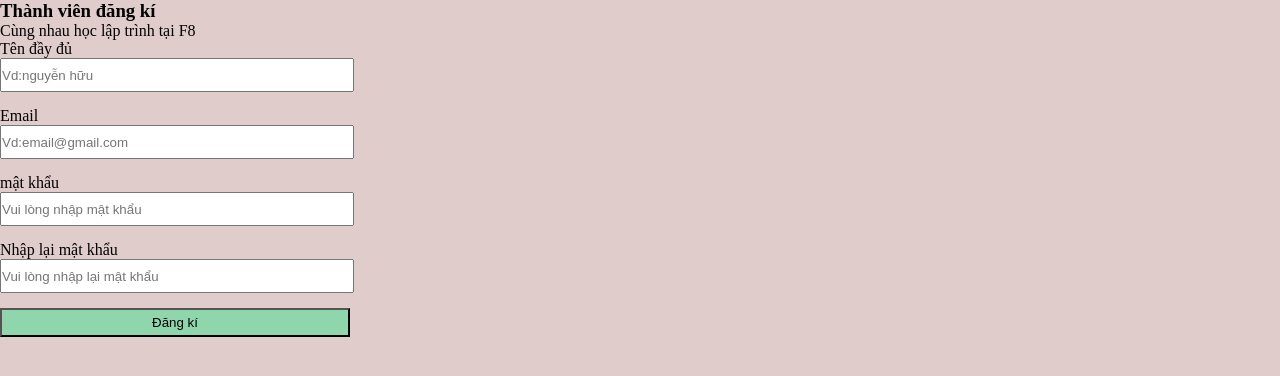
Repository: HuunvDev/Validator
Page: index.html
These files come from the project's save history. The page is drawn as it stood at one moment and after the next save; the edit follows.
The browser window is 1280 px wide. The pictures show the whole page.

Above is the page before, as saved 2022-08-20 09:03:52.

### index.html
<!DOCTYPE html>
<html lang="en">
<head>
    <meta charset="UTF-8">
    <meta http-equiv="X-UA-Compatible" content="IE=edge">
    <meta name="viewport" content="width=device-width, initial-scale=1.0">
    <title>validator</title>
    <link rel="stylesheet" href="style.css">
</head>
<body>
    <div class="main">
        <form action="" method="POST" class="form" id="form-1">
            <h3 class="heading">Thành viên đăng kí</h3>
            <p class="desc">Cùng nhau học lập trình tại F8</p>
            <div class="pacer"></div>
            <div class="form-group">
                <label for="fullName" class="form-lable">Tên đầy đủ</label><br>
                <input type="text" id="fullName" name="fullName" placeholder="Vd:nguyễn hữu"><br>
                <span class="form-message"></span>
            </div>
            <div class="form-group">
                <label for="email" class="form-lable">Email</label><br>
                <input type="text" id="email" name="email" placeholder="Vd:email@gmail.com"><br>
                <span class="form-message"></span>
            </div>
            <div class="form-group">
                <label for="password" class="form-lable">mật khẩu</label><br>
                <input type="text" id="password" name="password" placeholder="Vui lòng nhập mật khẩu"><br>
                <span class="form-message"></span>
            </div>
            <div class="form-group">
                <label for="password_confirmation" class="form-lable">Nhập lại mật khẩu</label><br>
                <input type="text" id="password_confirmation" name="password_confirmation" placeholder="Vui lòng nhập lại mật khẩu"><br>
                <span class="form-message"></span>
            </div>
           <button class="form-submit">Đăng kí</button>
        </form>
    </div>
    <script src="main.js"></script>
</body>
</html>

### style.css

*{
    margin:0;
    padding:0;
    overflow: hidden;
}
body{
    background-color: rgb(225, 204, 204);
}
input{
    width: 350px;
    height: 30px;
    margin-bottom:15px;
}
button.form-submit {
    padding: 5px;
    width: 350px;
    background-color: #90d6ac;
    margin-bottom: 20px;
}
span{
    font-size: 13px;
    color:grey;
}

### main.js
var fullName = document.getElementById('fullName');
var message = document.getElementsByClassName("form-message");
fullName.onblur = function(){
    if(!fullName.value){
        message.innerText ="Vui lòng nhập trường này";
    }
}

After the next save:
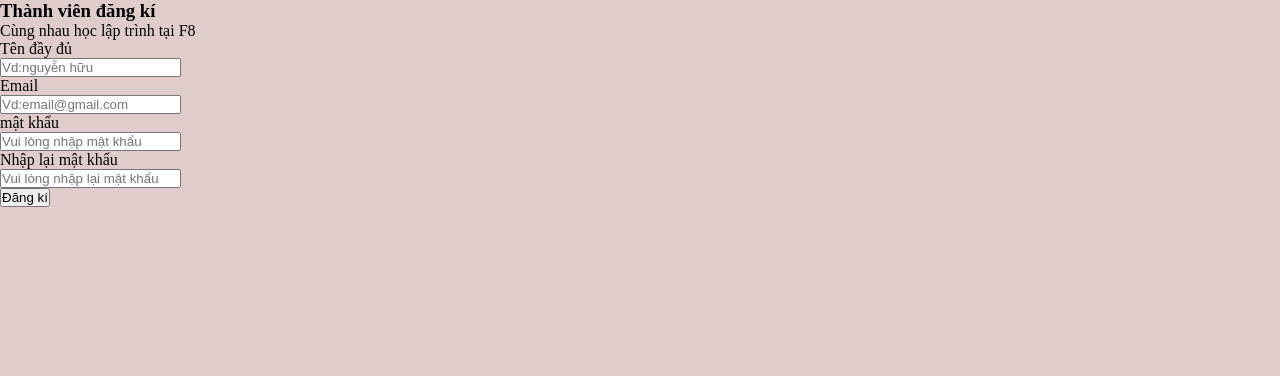
Saved 5 s later.
--- a/style.css
+++ b/style.css
@@ -7,18 +7,3 @@
 body{
     background-color: rgb(225, 204, 204);
 }
-input{
-    width: 350px;
-    height: 30px;
-    margin-bottom:15px;
-}
-button.form-submit {
-    padding: 5px;
-    width: 350px;
-    background-color: #90d6ac;
-    margin-bottom: 20px;
-}
-span{
-    font-size: 13px;
-    color:grey;
-}
